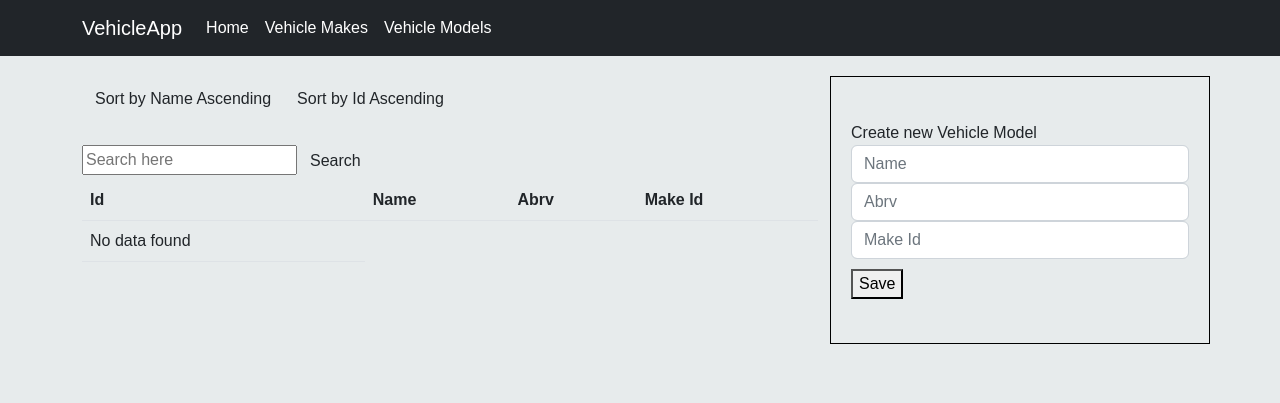
Repository: magdalenarajic/VehicleFrontend
Page: /Models
An editor plug-in stored every save of this project. The page is shown before and after the next save, followed by the edit.
The browser window is 1280 px wide. The pictures show the whole page.
The page's requests for data from a server got no answer. The project was rebuilt for these pictures with package versions that can differ from the ones it lists, and the page was loaded fresh each time. No one was signed in, and anything a server would have sent is missing. Also part of the build but not shown: src/components/Home.js, src/services/makeService.js, src/stores/makeStore.js, src/components/VehicleMake.js.

Above is the page before, as saved 2023-03-10 19:47:31.

### public/index.html
<!DOCTYPE html>
<html lang="en">
  <head>
    <meta charset="utf-8" />
    <link rel="icon" href="%PUBLIC_URL%/favicon.ico" />
    <meta name="viewport" content="width=device-width, initial-scale=1" />
    <meta name="theme-color" content="#000000" />
    <meta
      name="description"
      content="Web site created using create-react-app"
    />
    <link rel="apple-touch-icon" href="%PUBLIC_URL%/logo192.png" />
    <!--
      manifest.json provides metadata used when your web app is installed on a
      user's mobile device or desktop. See https://developers.google.com/web/fundamentals/web-app-manifest/
    -->
    <link rel="manifest" href="%PUBLIC_URL%/manifest.json" />
    <!--
      Notice the use of %PUBLIC_URL% in the tags above.
      It will be replaced with the URL of the `public` folder during the build.
      Only files inside the `public` folder can be referenced from the HTML.

      Unlike "/favicon.ico" or "favicon.ico", "%PUBLIC_URL%/favicon.ico" will
      work correctly both with client-side routing and a non-root public URL.
      Learn how to configure a non-root public URL by running `npm run build`.
    -->
    <link
  rel="stylesheet"
  href="https://cdn.jsdelivr.net/npm/bootstrap@5.2.3/dist/css/bootstrap.min.css"
  integrity="sha384-rbsA2VBKQhggwzxH7pPCaAqO46MgnOM80zW1RWuH61DGLwZJEdK2Kadq2F9CUG65"
  crossorigin="anonymous"
/>
    <title>React App</title>
  </head>
  <body>
    <noscript>You need to enable JavaScript to run this app.</noscript>
    <div id="root"></div>
    <!--
      This HTML file is a template.
      If you open it directly in the browser, you will see an empty page.

      You can add webfonts, meta tags, or analytics to this file.
      The build step will place the bundled scripts into the <body> tag.

      To begin the development, run `npm start` or `yarn start`.
      To create a production bundle, use `npm run build` or `yarn build`.
    -->
  </body>
</html>

### src/index.css
body {
  background-color: rgb(231, 235, 236);
  font-family: -apple-system, BlinkMacSystemFont, 'Segoe UI', 'Roboto', 'Oxygen',
    'Ubuntu', 'Cantarell', 'Fira Sans', 'Droid Sans', 'Helvetica Neue',
    sans-serif;
}

code {
  font-family: source-code-pro, Menlo, Monaco, Consolas, 'Courier New',
    monospace;
}

### src/App.js
import './App.css';
import { Home } from './components/Home';
import VehicleMake  from './components/VehicleMake';
import {Navigation} from './components/Navigation';
import VehicleModel from './components/VehicleModel';

import {BrowserRouter, Route, Routes} from 'react-router-dom';

function App() {
  return (
    <BrowserRouter>
    <div >
    <header>
      </header>
      <div>
      <Navigation/>
       <Routes>
        <Route path='/' element={<Home/>} />
        <Route path='/Makes' element={<VehicleMake/>} />
        <Route path='/Models' element={<VehicleModel/>} />
       </Routes>
    </div>
    </div>
    </BrowserRouter>
  );
}

export default App;

### src/App.css
.App {
  text-align: center;
}
body {
  font-family: Arial;
}

### src/components/Navigation.js
import React, { Component } from "react";
import { Navbar, Nav , Container} from "react-bootstrap";


export class Navigation extends Component {
  render() {
    return (
      <Navbar bg="dark" variant="dark">
      <Container>
      <Navbar.Brand href="#home">VehicleApp </Navbar.Brand>
        <Nav variant="pills" className="me-auto" >
          <Nav.Link className="d-inline p-2 text-white " href="/">
            Home
          </Nav.Link>
          <Nav.Link className="d-inline p-2 text-white" href="/makes">
            Vehicle Makes
          </Nav.Link>
          <Nav.Link className="d-inline p-2 text-white" href="/models">
            Vehicle Models
          </Nav.Link>
        </Nav>
        </Container>
      </Navbar>
    );
  }
}

### src/components/VehicleModel.js
import React, { useEffect, useState } from "react";
import { Observer } from "mobx-react";
import modelStore from "../stores/modelStore";
import { Container, Table, Col, Row, CloseButton } from "react-bootstrap";

const ModelList = () => {
  const [showForm, setShowForm] = useState(false);
  const handleShow = () => setShowForm(true);

  const [error, setErrorForm] = useState(false);
  const handleError = () => setErrorForm(true);

  const [name, setName] = useState("");
  const [abrv, setAbrv] = useState("");
  const [makeId, setMakeId] = useState("");

  const [editName, setEditName] = useState("");
  const [editAbrv, setEditAbrv] = useState("");
  const [editId, setEditId] = useState("");

  const [searchInput, setSearchInput] = useState("");

  useEffect(() => {
    modelStore.getData();
  }, []);

  const getSingleData = (id) => {
    handleShow();
    modelStore.getSingleData(id).then((result) => {
      setEditName(result.data.Name);
      setEditAbrv(result.data.Abrv);
      setEditId(result.data.Id);
    });
  };

  const updateData = () => {
    const data = {
      name: editName,
      abrv: editAbrv,
    };
    const id = {
      Id: editId,
    };
    console.log(data, id);
    modelStore.updateData(editName, editAbrv, editId);
    setEditName("");
    setEditAbrv("");
    setEditId("");
  };

  const deleteData = (id) => {
    modelStore.deleteData(id);
  };

  const saveData = () => {
    if (abrv === "" && name === "" && makeId === "") {
      handleError();
    } else {
      modelStore.createData(abrv, name, makeId);
      setName("");
      setAbrv("");
      setMakeId("");
      window.location.reload(true);
    }
  };

  const handleSort = () => {
    modelStore.sortData();
  };

  const handleGetData = () => {
    modelStore.getData();
  };

  const handleFilterData = () => {
    console.log(searchInput);
    modelStore.filterDataByName(searchInput);
    setSearchInput("");
  };

  return (
    <Observer>
      {() => (
        <>
          <Container>
            <Row>
              <Col sm={8}>
                <Col>
                  {" "}
                  <br />
                  <button
                    variant="outline-dark"
                    className="btn "
                    onClick={() => handleSort()}
                  >
                    Sort by Name Ascending
                  </button>
                  <button
                    variant="outline-dark"
                    className="btn"
                    onClick={() => handleGetData()}
                  >
                    Sort by Id Ascending
                  </button>
                </Col>
                <Col>
                  <br />
                  <input
                    type={"text"}
                    placeholder="Search here"
                    value={searchInput}
                    onChange={(e) => setSearchInput(e.target.value)}
                  />
                  <button className="btn" onClick={handleFilterData}>
                    Search
                  </button>
                </Col>
                <Table>
                  <thead>
                    <tr>
                      <th> Id </th>
                      <th> Name</th>
                      <th> Abrv</th>
                      <th> Make Id</th>
                    </tr>
                  </thead>
                  <tbody>
                    {modelStore.vehicleData &&
                    modelStore.vehicleData.length > 0 ? (
                      modelStore.vehicleData.map((model, index) => {
                        return (
                          <tr key={index}>
                            <td>{model.Id}</td>
                            <td>{model.Name}</td>
                            <td>{model.Abrv}</td>
                            <td> {model.MakeId} </td>
                            <td>
                              <button
                                className="btn btn-dark"
                                onClick={() => deleteData(model.Id)}
                                style={{
                                  marginRight: "10px",
                                }}
                              >
                                Delete
                              </button>
                              <button
                                className="btn btn-dark"
                                onClick={() => getSingleData(model.Id)}
                              >
                                Edit
                              </button>
                            </td>
                          </tr>
                        );
                      })
                    ) : (
                      <tr>
                        <td>No data found</td>
                      </tr>
                    )}
                  </tbody>
                </Table>
              </Col>
              <Col
                sm={4}
                style={{
                  height: "95%",
                  border: "1px solid black",
                  alignSelf: "center",
                  padding: "20px",
                  marginTop: "20px"
                }}
              >
                <br />
                <label> Create new Vehicle Model</label>
                <br />
                <input
                  type={"text"}
                  className="form-control"
                  placeholder="Name"
                  value={name}
                  onChange={(e) => setName(e.target.value)}
                  required
                ></input>
                <input
                  type={"text"}
                  className="form-control"
                  placeholder="Abrv"
                  value={abrv}
                  onChange={(e) => setAbrv(e.target.value)}
                  required
                ></input>
                <input
                  type={"text"}
                  className="form-control"
                  placeholder="Make Id"
                  value={makeId}
                  onChange={(e) => setMakeId(e.target.value)}
                ></input>
                <Col>
                  <button
                    className="create-button"
                    onClick={() => saveData()}
                    style={{
                      marginTop: "10px",
                    }}
                  >
                    Save
                  </button>
                </Col>
                {error && (
                  <Col>
                    <label> Please enter name and abrv!</label>
                  </Col>
                )}
                <br></br>
              </Col>
            </Row>
            {showForm && (
              <Col
              style={{
                height: "95%",
                border: "1px solid black",
                alignSelf: "center",
                padding: "20px",
              }}
              >
                <Col>
                  <CloseButton
                    style={{ float: "right" }}
                    variant="dark"
                    onClick={() => setShowForm(false)}
                  />
                  <br />
                </Col>
                <label> Update Vehicle Model</label>
                <br />
                <input
                  type={"text"}
                  className="form-control"
                  placeholder="Name"
                  value={editName}
                  onChange={(e) => setEditName(e.target.value)}
                ></input>
                <input
                  type={"text"}
                  className="form-control"
                  placeholder="Abrv"
                  value={editAbrv}
                  onChange={(e) => setEditAbrv(e.target.value)}
                ></input>
                <Col>
                  <button
                    className="create-button"
                    style={{
                      marginTop: "10px",
                    }}
                    onClick={() => updateData()}
                  >
                    Save Changes
                  </button>
                </Col>
                <br></br>
              </Col>
            )}
          </Container>
        </>
      )}
    </Observer>
  );
};

export default ModelList;

### src/stores/modelStore.js
import { observable, action, makeObservable } from "mobx";
import modelService from "../services/modelService";

class ModelStore {
  constructor() {
    makeObservable(this, {
      status: observable,
      vehicleData: observable,
      singleData: observable,
      getData: action,
      createData: action,
      deleteData: action,
      updateData: action,
      getSingleData: action,
    });
  }

  status = "initial";
  vehicleData = [];
  singleData = [];

  getData = () => {
    modelService
      .getVehicleModels()
      .then((result) => {
        this.vehicleData = result.data;
      })
      .catch((error) => {
        console.log(error);
        this.status = "error";
      });
  };

  getSingleData = (id) => {
    return modelService.getVehicleModel(id);
  };

  createData = (abrv, name, makeId) => {
    const vehicleData = { Abrv: abrv, Name: name, MakeId: makeId };

    modelService.postVehicleModel(vehicleData).then((response) => {
      if (response.body === true) {
        this.status = "success";
        this.getData();
      }
    });
  };

  deleteData = (id) => {
    modelService.deleteVehicleModel(id).then((response) => {
      this.getData();
    });
  };

  updateData = (name, abrv, id) => {
    const singleData = { Name: name, Abrv: abrv };
    modelService.putVehicleModel(id, singleData).then((response) => {
      console.log(response);
      this.getData();
    });
  };

  sortData = () => {
    modelService
      .getOrderedModels()
      .then((result) => {
        this.vehicleData = result.data;
      })
      .catch((error) => {
        console.log(error);
        this.status = "error";
      });
  };

  filterDataByName = (searchInput) => {
    const name = searchInput;
    modelService.getFilteredModels(name)
    .then((result) => {
      this.vehicleData = result.data;
      console.log(result);
    })
    .catch((error) => {
      console.log(error);
      this.status = "error";
    });
  }

}

const modelStore = new ModelStore();

export default modelStore;

### src/services/modelService.js
import axios from "axios";

const errorHandler = (error) => {
  console.log(error);
};

const baseUrl = "https://localhost:44304/api/VehicleModels";

class ModelService {
  getVehicleModels = () => {
    return axios.get(`${baseUrl}`).catch(errorHandler);
  };

  getVehicleModel = (id) => {
    return axios.get(`${baseUrl}/${id}`).catch(errorHandler);
  };

  item = {
    Name: " ",
    Abrv: " ",
    MakeId: " ",
  };
  postVehicleModel = (item) => {
    return axios.post(`${baseUrl}`, item).catch(errorHandler);
  };

  deleteVehicleModel = (id) => {
    return axios.delete(`${baseUrl}/${id}/`).catch(errorHandler);
  };

  putVehicleModel = (id, item) => {
    return axios.put(`${baseUrl}/${id}`, item).catch(errorHandler);
  };

  getOrderedModels = () => {
    return axios
    .get("https://localhost:44304/api/OrderedVehicleModels")
    .catch(errorHandler);
  };

 getFilteredModels = (name) => {
    return axios
      .get(`https://localhost:44304/api/FilteredVehicleModels?name=${name}`)
      .catch(errorHandler);
  };



}

const modelService = new ModelService();
export default modelService;

Loaded but not shown: src/index.js (common file); src/reportWebVitals.js (common file)

After the next save:
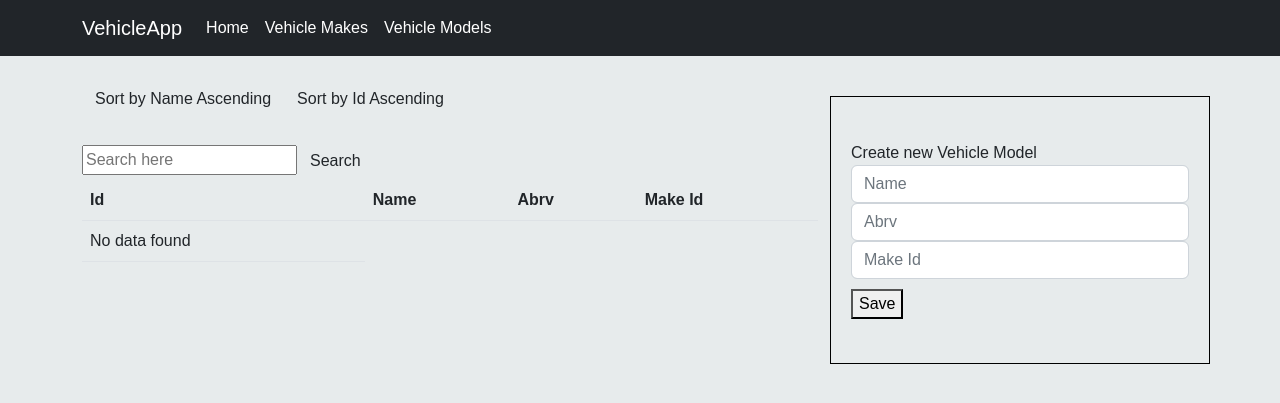
Saved 14 s later.
--- a/src/components/VehicleModel.js
+++ b/src/components/VehicleModel.js
@@ -169,7 +169,7 @@ const ModelList = () => {
                   border: "1px solid black",
                   alignSelf: "center",
                   padding: "20px",
-                  marginTop: "20px"
+                  marginTop: "40px"
                 }}
               >
                 <br />
